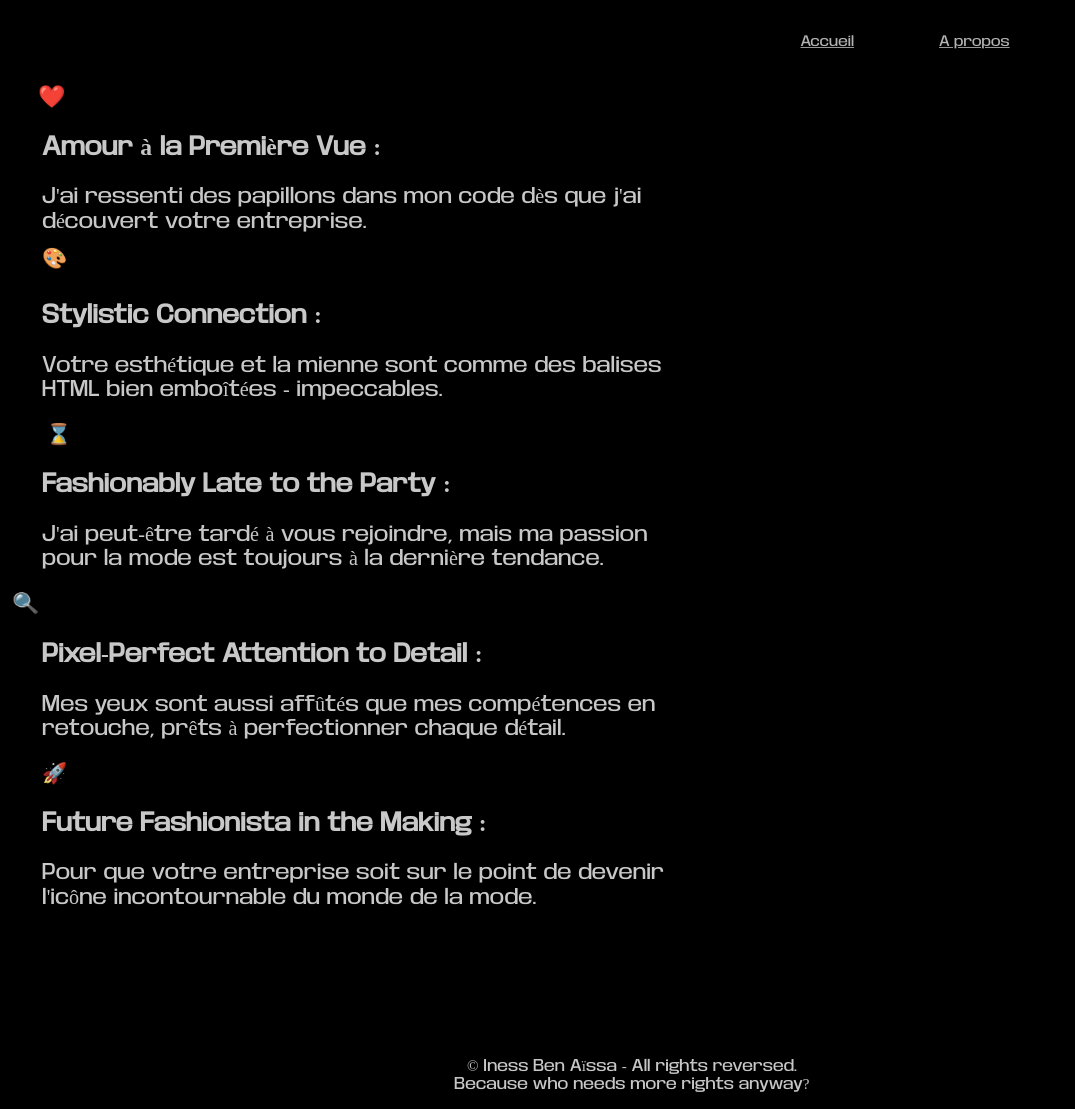
Repository: inessben/application
Page: company/company.html
The author's editor kept a copy of each file at every save. The page is drawn from the files as they stood at one save, then again after the next save.
The browser window is 1280 px wide. The pictures show the whole page, at 84% of full size.

Above is the page before, as saved 2023-12-04 03:11:33.

After the next save:
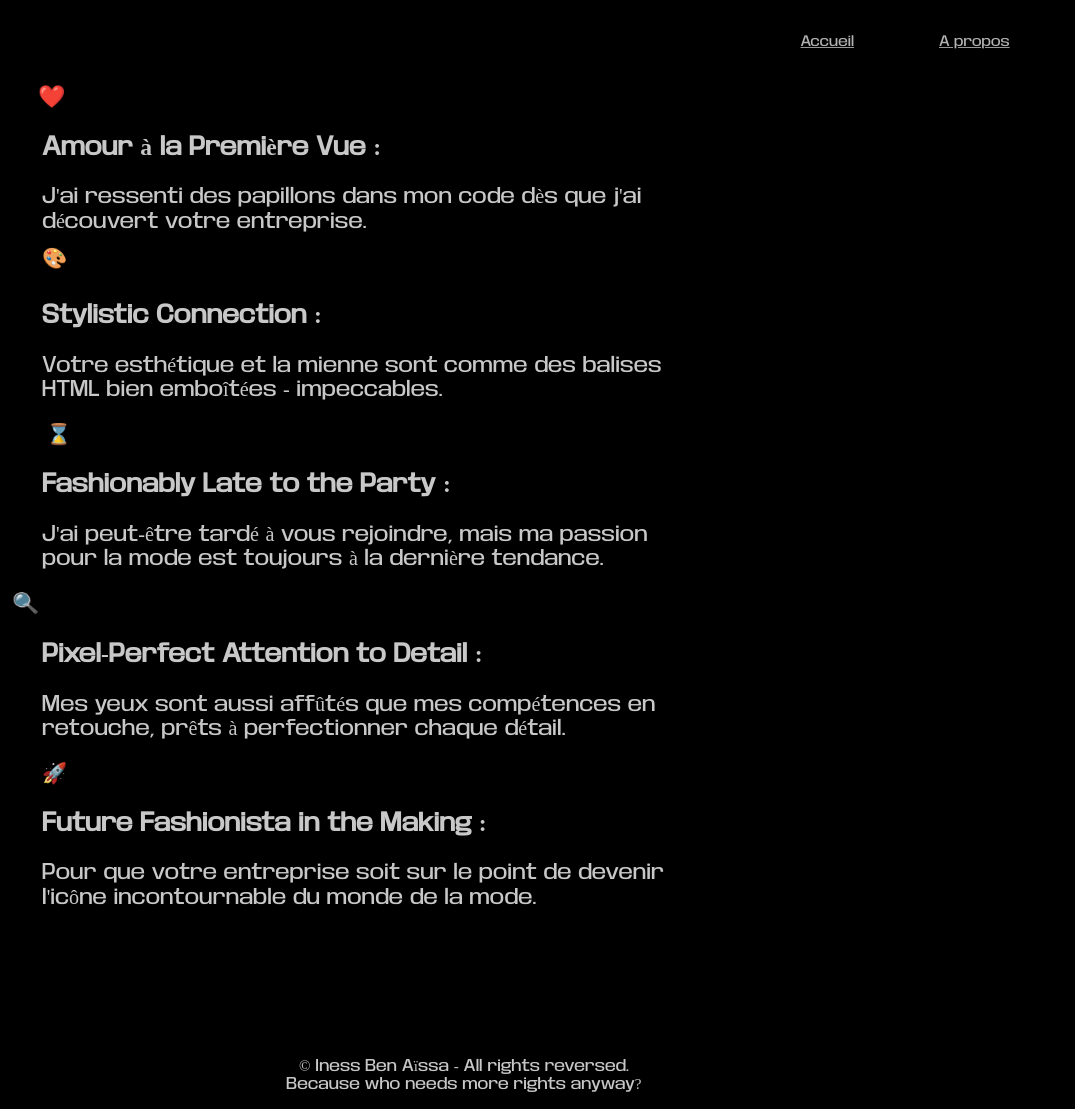
Saved 7 s later.
--- a/company/company.css
+++ b/company/company.css
@@ -142,6 +142,6 @@ footer{
     justify-content: center;
     text-align: center;
     bottom: -920px;
-    left: -300px;
+    left: -500px;
     font-size: 18px;
 }
